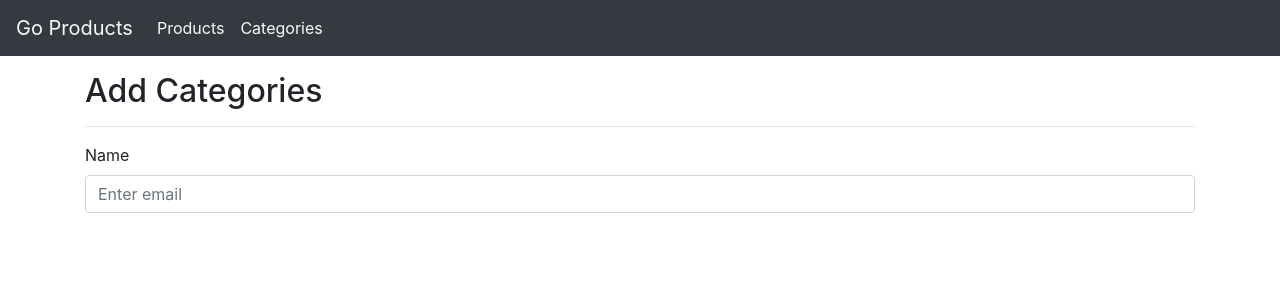
Repository: Nouthemoran/go-web-native-crud
Page: views/category/create.html
These files come from the project's save history. The page is drawn as it stood at one moment and after a run of saves; the edit follows.
The browser window is 1280 px wide. The pictures show the whole page.

Above is the page before, as saved 2023-10-05 15:57:34.

After the next 2 saves:
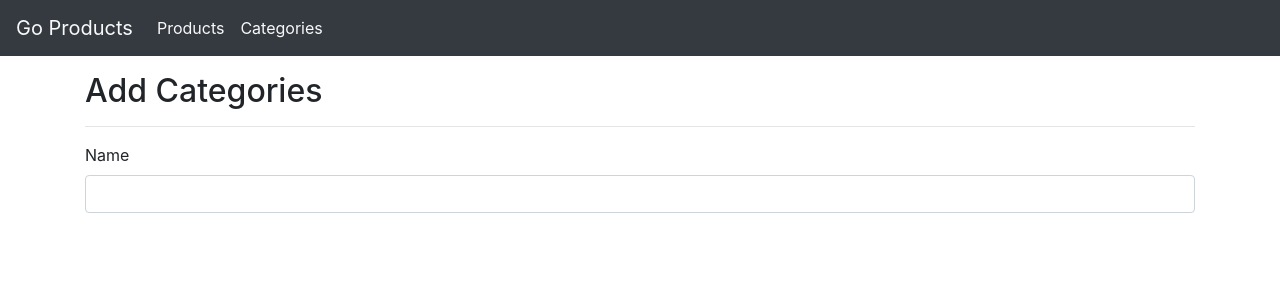
The 2 saves are shown as one change because they came seconds apart.
The last was saved 23 s later.
--- a/views/category/create.html
+++ b/views/category/create.html
@@ -37,7 +37,7 @@
         <form action="/categories/create" method="POST">
             <div class="form-group">
                 <label>Name</label>
-                <input type="email" class="form-control" id="exampleInputEmail1" aria-describedby="emailHelp" placeholder="Enter email">
+                <input type="email" class="form-control">
 
               </div>
         </form>
